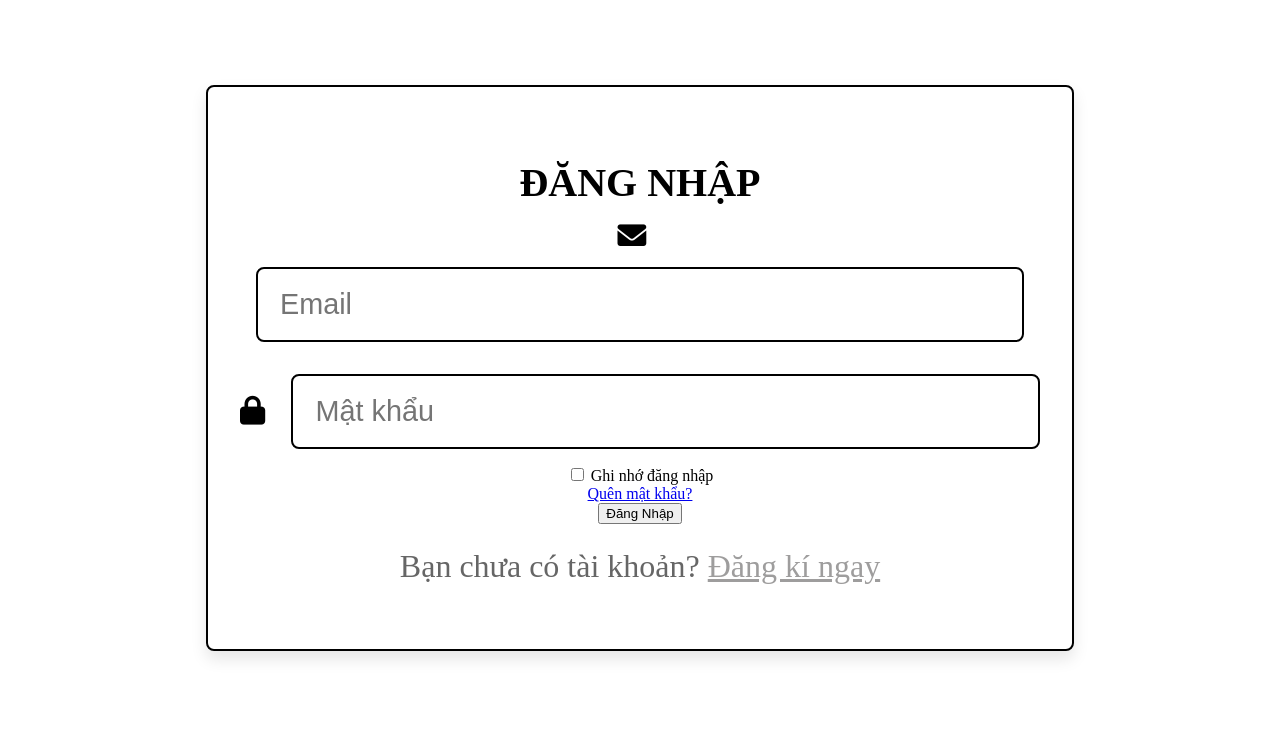
Repository: Dien973/expense_manager
Page: http://localhost/expense_manager/user_page/login.php
An editor plug-in stored every save of this project. The page is shown before and after the next save, followed by the edit.
The browser window is 1280 px wide. The pictures show the whole page.
The page is run by PHP 8.4 with error messages shown; the project is at /var/www/html/. user_page/conn.php is not in the repository; a stand-in opens the database connection.

Above is the page before, as saved 2025-12-05 13:47:15.

After the next save:
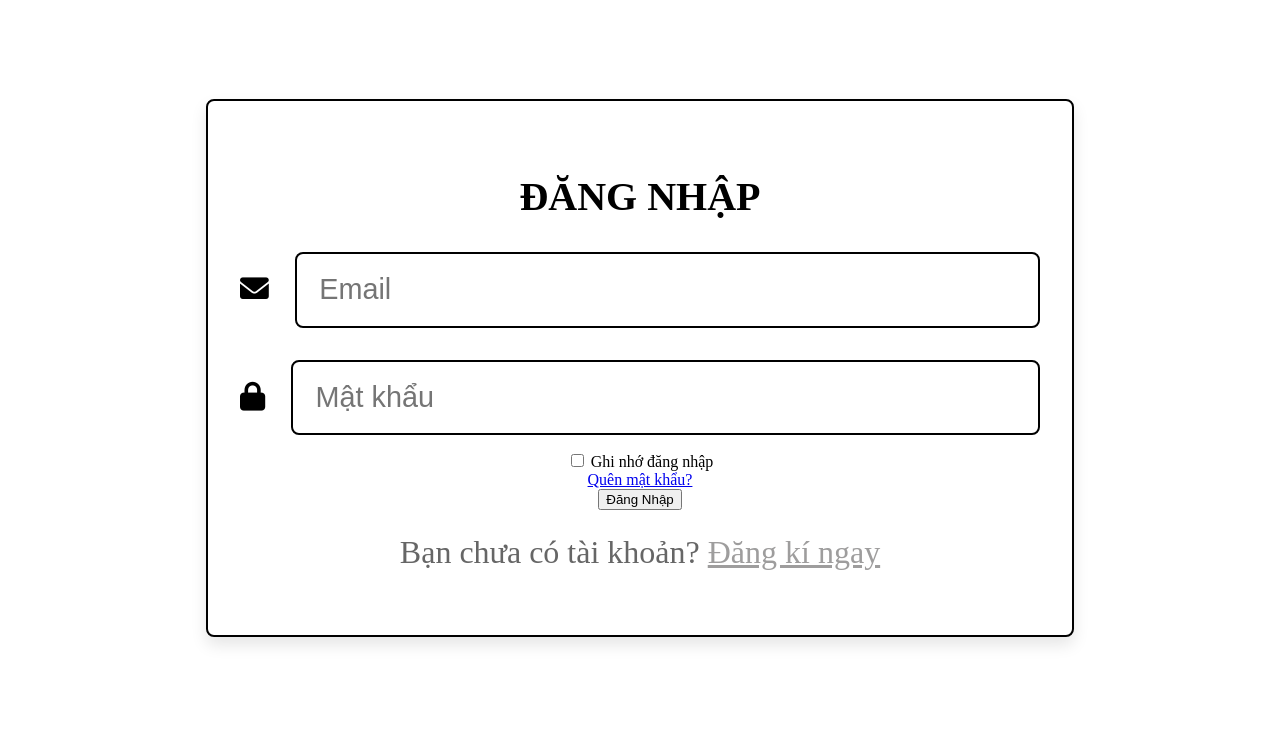
Saved 13 s later.
--- a/user_page/login.php
+++ b/user_page/login.php
@@ -80,7 +80,7 @@ if(isset($message)){
       <h3>Đăng Nhập</h3>
 
       <div class="input-boxes">
-         <div class="input">
+         <div class="inpt">
             <i class="fas fa-envelope"></i>
             <input type="email" name="email" class="box" placeholder="Email" required>
          </div>
